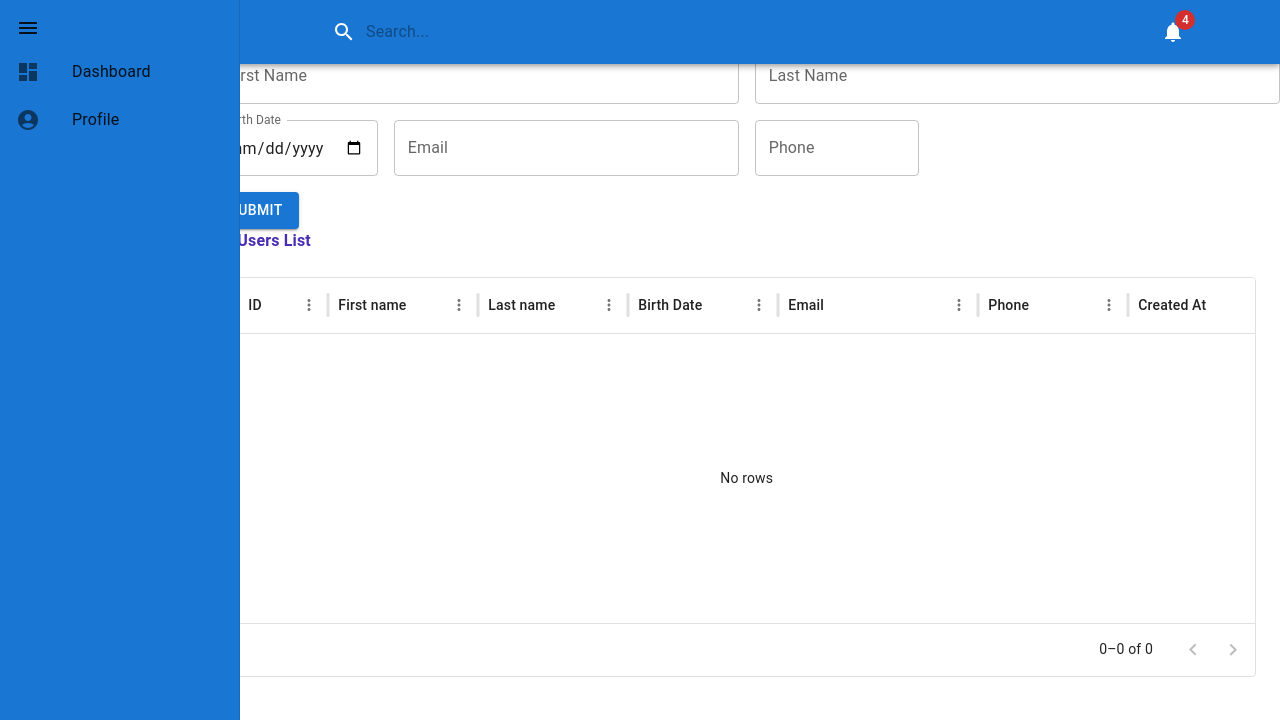
Repository: lenx0/front-client-manager
Page: /
These files come from the project's save history. The page is drawn as it stood at one moment and after the next save; the edit follows.
The browser window is 1280 px wide. The pictures show the whole page.
The page's requests for data from a server got no answer. The project was rebuilt for these pictures with package versions that can differ from the ones it lists, and the page was loaded fresh each time. No one was signed in, and anything a server would have sent is missing. Also part of the build but not shown: vite.config.js, src/App.css.

Above is the page before, as saved 2024-06-25 12:40:46.

### index.html
<!doctype html>
<html lang="en">
  <head>
    <meta charset="UTF-8" />
    <meta name="viewport" content="width=device-width, initial-scale=1.0" />
    <title>Client Manager</title>
  </head>
  <body>
    <div id="root"></div>
    <script type="module" src="/src/main.jsx"></script>
  </body>
</html>

### src/App.jsx
import { Box, Grid } from '@mui/material'
import './App.css'
import UserForm from './components/UserForm'
import UserList from './components/UserList'
import Header from './components/Layout/Header'
import Sidebar from './components/Layout/Sidebar'

function App() {

  return (
    <Grid container>
      <Grid item xs={12}>
        <Header />
      </Grid>
      <Grid item xs={2}>
        <Sidebar />
      </Grid>
      <Grid item xs={10}>
        <UserForm />
        <UserList />
      </Grid>
    </Grid>
  )
}

export default App

### src/components/UserForm.jsx
import React from 'react';
import { useForm } from 'react-hook-form';
import CustomInput from './CustomInput';
import { Button, Grid, Typography } from '@mui/material';
import axios from 'axios';

const UserForm = () => {
  const { handleSubmit, control, reset } = useForm();

  const onSubmit = async (data) => {
    try {
      const response = await axios.post('http://localhost:3100/v1/users/create', data);
      console.log('Dados enviados com sucesso:', response.data);
      reset();
    } catch (error) {
      console.error('Erro ao enviar dados:', error);
    }
  };

  return (
    <Grid container direction="column" xs={12}>
      <Typography fontWeight={700} pb={3} color="#492cb3">
        General Details
      </Typography>
      <form onSubmit={handleSubmit(onSubmit)}>
        <Grid container spacing={2}>
          <Grid item xs={6}>
            <CustomInput
              name="firstName"
              control={control}
              label="First Name"
              rules={{ required: 'First name is required' }}
            />
          </Grid>
          <Grid item xs={6}>
            <CustomInput
              name="lastName"
              control={control}
              label="Last Name"
              rules={{ required: 'Last name is required' }}
            />
          </Grid>
          <Grid item xs={2}>
            <CustomInput
              name="birthDate"
              control={control}
              label="Birth Date"
              placeHolder="none"
              type="date"
              rules={{ required: 'Birth date is required' }}
              defaultValue=""
            />
          </Grid>
          <Grid item xs={4}>
            <CustomInput
              name="email"
              control={control}
              label="Email"
              type="email"
              rules={{
                required: 'Email is required',
                pattern: {
                  value: /^[a-zA-Z0-9_.+-]+@[a-zA-Z0-9-]+\.[a-zA-Z0-9-.]+$/,
                  message: 'Enter a valid email address',
                },
              }}
            />
          </Grid>
          <Grid item xs={2}>
            <CustomInput
              name="phone"
              control={control}
              label="Phone"
              rules={{ required: 'Phone number is required' }}
            />
          </Grid>
          <Grid item xs={12}>
            <Button type="submit" variant="contained" color="primary">
              Submit
            </Button>
          </Grid>
        </Grid>
      </form>
    </Grid>
  );
};

export default UserForm;

### src/components/UserList/index.jsx
import React, { useState, useEffect } from 'react';
import { DataGrid } from '@mui/x-data-grid';
import axios from 'axios';
import { Box, Container, Typography } from '@mui/material';

const UserList = () => {
  const [users, setUsers] = useState([]);
  const [loading, setLoading] = useState(true);

  useEffect(() => {
    const fetchUsers = async () => {
      try {
        const response = await axios.get('http://localhost:3100/v1/users/list');
        setUsers(response.data);
        setLoading(false);
      } catch (error) {
        console.error('Erro ao buscar usuários:', error);
        setLoading(false);
      }
    };

    fetchUsers();
  }, []);

  const columns = [
    { field: 'id', headerName: 'ID', width: 90 },
    { field: 'firstName', headerName: 'First name', width: 150 },
    { field: 'lastName', headerName: 'Last name', width: 150 },
    { field: 'birthDate', headerName: 'Birth Date', width: 150 },
    { field: 'email', headerName: 'Email', width: 200 },
    { field: 'phone', headerName: 'Phone', width: 150 },
    { field: 'moment', headerName: 'Created At', width: 180 },
  ];

  const rows = users.map((user, index) => ({
    id: index + 1,
    ...user,
  }));

  return (
    <Container>
      <Typography fontWeight={700} pb={3} color="#492cb3">Users List</Typography>
      <Box style={{ height: 400, width: '100%' }}>
        <DataGrid
          rows={rows}
          columns={columns}
          pageSize={5}
          rowsPerPageOptions={[5]}
          loading={loading}
          pagination
          paginationMode="client"
          initialState={{
            pagination: {
              paginationModel: { page: 1, pageSize: 5 }
            },
            sorting: {
              sortModel: [{ field: 'orderDate', sort: 'desc' }]
            }
          }}
        />
      </Box>
    </Container>
  );
};

export default UserList;

### src/components/Layout/Header.jsx
import React from 'react';
import { AppBar, Toolbar, Typography, InputBase, IconButton, Badge, Grid } from '@mui/material';
import MenuIcon from '@mui/icons-material/Menu';
import SearchIcon from '@mui/icons-material/Search';
import NotificationsIcon from '@mui/icons-material/Notifications';

const Header = () => {
  return (
    <AppBar position="fixed">
      <Toolbar>
        <Grid container alignItems="center">
          <Grid item xs={1}>
            <IconButton
              size="large"
              edge="start"
              color="inherit"
              aria-label="open drawer"
            >
              <MenuIcon />
            </IconButton>
          </Grid>
          <Grid item xs={2}>
            <Typography variant="h6" noWrap>
              Logo
            </Typography>
          </Grid>
          <Grid item xs={8}>
            <div style={{ display: 'flex', alignItems: 'center' }}>
              <SearchIcon style={{ marginRight: '10px' }} />
              <InputBase
                placeholder="Search..."
                inputProps={{ 'aria-label': 'search' }}
                fullWidth
              />
            </div>
          </Grid>
          <Grid item xs={1}>
            <IconButton color="inherit">
              <Badge badgeContent={4} color="error">
                <NotificationsIcon />
              </Badge>
            </IconButton>
          </Grid>
        </Grid>
      </Toolbar>
    </AppBar>
  );
};

export default Header;

### src/components/Layout/Sidebar.jsx
import React from 'react';
import { Drawer, Icon, List, ListItem, ListItemIcon, ListItemText } from '@mui/material';
import { Dashboard as DashboardIcon, AccountCircle as AccountCircleIcon } from '@mui/icons-material';
import MenuIcon from '@mui/icons-material/Menu';

const Sidebar = () => {
  return (
    <Drawer
      variant="permanent"
      sx={{
        width: 240,
        flexShrink: 0,
        '& .MuiDrawer-paper': {
          width: 240,
          boxSizing: 'border-box',
          backgroundColor: '#1976d2',
        },
      }}
    >
      <List>
        <ListItem>
        <MenuIcon />
        </ListItem>
        <ListItem button>
          <ListItemIcon>
            <DashboardIcon />
          </ListItemIcon>
          <ListItemText primary="Dashboard" />
        </ListItem>
        <ListItem button>
          <ListItemIcon>
            <AccountCircleIcon />
          </ListItemIcon>
          <ListItemText primary="Profile" />
        </ListItem>
      </List>
    </Drawer>
  );
};

export default Sidebar;

### src/components/CustomInput.jsx
import React from 'react';
import { Controller } from 'react-hook-form';
import TextField from '@mui/material/TextField';

const CustomInput = ({ name, control, label, type = 'text', rules, defaultValue = '' }) => {
  return (
    <Controller
      name={name}
      control={control}
      defaultValue={defaultValue}
      rules={rules}
      render={({ field, fieldState: { error } }) => (
        <TextField
          {...field}
          label={label}
          type={type}
          error={!!error}
          helperText={error ? error.message : null}
          variant="outlined"
          InputLabelProps={type === 'date' ? { shrink: true } : {}}
          fullWidth
        />
      )}
    />
  );
};

export default CustomInput;

Loaded but not shown: src/main.jsx (common file); src/index.css (common file)

After the next save:
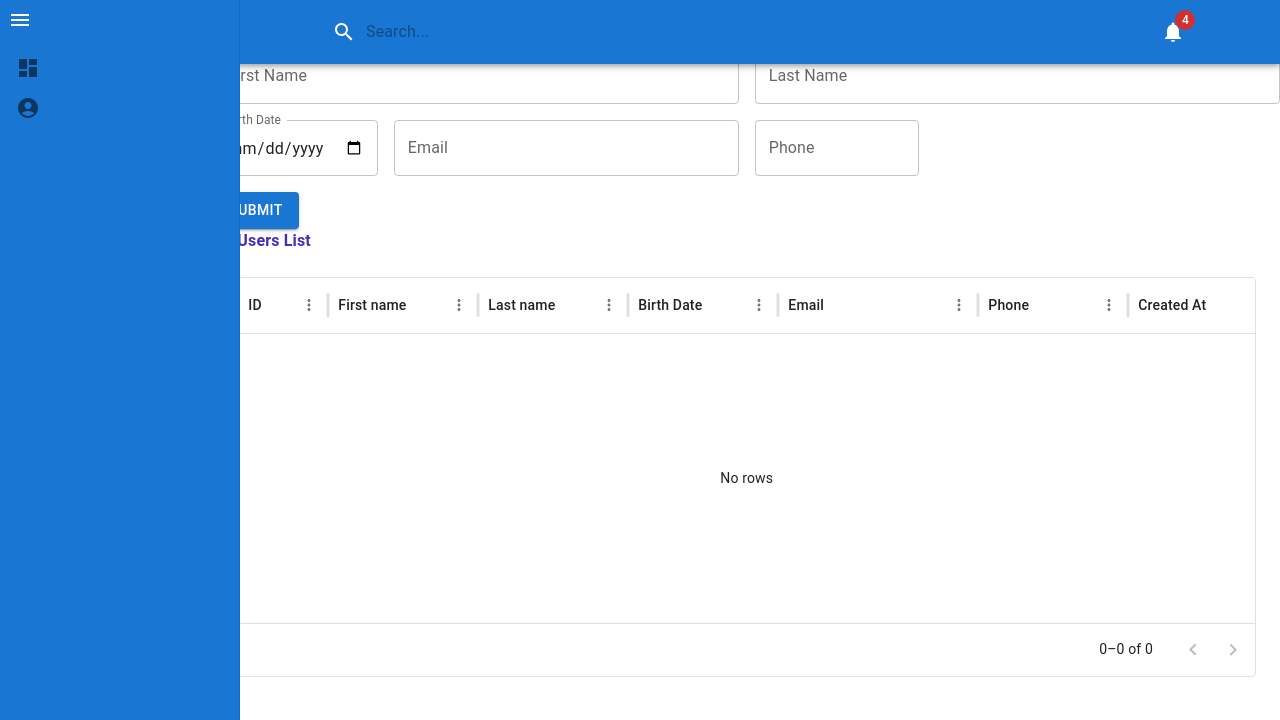
Saved 3 min 58 s later.
--- a/src/components/Layout/Sidebar.jsx
+++ b/src/components/Layout/Sidebar.jsx
@@ -1,9 +1,14 @@
-import React from 'react';
-import { Drawer, Icon, List, ListItem, ListItemIcon, ListItemText } from '@mui/material';
-import { Dashboard as DashboardIcon, AccountCircle as AccountCircleIcon } from '@mui/icons-material';
-import MenuIcon from '@mui/icons-material/Menu';
+import React, { useState } from 'react';
+import { Drawer, List, ListItem, ListItemIcon, ListItemText, IconButton, Avatar } from '@mui/material';
+import { Dashboard as DashboardIcon, AccountCircle as AccountCircleIcon, Notifications as NotificationsIcon, Menu as MenuIcon } from '@mui/icons-material';
 
 const Sidebar = () => {
+  const [open, setOpen] = useState(false);
+
+  const toggleDrawer = () => {
+    setOpen(!open);
+  };
+
   return (
     <Drawer
       variant="permanent"
@@ -13,25 +18,27 @@ const Sidebar = () => {
         '& .MuiDrawer-paper': {
           width: 240,
           boxSizing: 'border-box',
-          backgroundColor: '#1976d2',
+          bgcolor: 'primary.main', // Cor de fundo da sidebar
+          color: 'white', // Cor dos textos na sidebar
         },
       }}
+      open={open}
     >
+      <IconButton onClick={toggleDrawer} sx={{ color: 'white', justifyContent: 'flex-start' }}>
+        {open ? <MenuIcon /> : <MenuIcon />}
+      </IconButton>
       <List>
-        <ListItem>
-        <MenuIcon />
-        </ListItem>
         <ListItem button>
           <ListItemIcon>
             <DashboardIcon />
           </ListItemIcon>
-          <ListItemText primary="Dashboard" />
+          {open && <ListItemText primary="Dashboard" />}
         </ListItem>
         <ListItem button>
           <ListItemIcon>
             <AccountCircleIcon />
           </ListItemIcon>
-          <ListItemText primary="Profile" />
+          {open && <ListItemText primary="Profile" />}
         </ListItem>
       </List>
     </Drawer>
